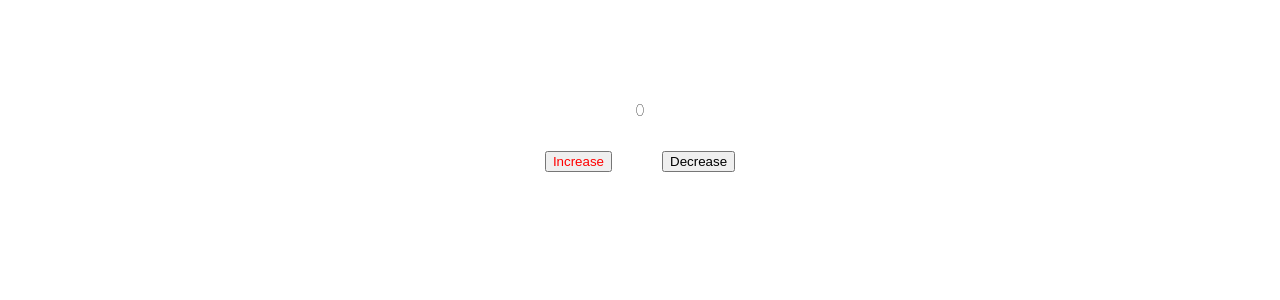
Repository: Marwa-Medhat/ReactJS-Labs
Page: /todolist (app in myapp/)
An editor plug-in stored every save of this project. The page is shown before and after a run of saves, followed by the edit.
The browser window is 1280 px wide. The pictures show the whole page.
The project was rebuilt for these pictures with package versions that can differ from the ones it lists, and the page was loaded fresh each time.

Above is the page before, as saved 2021-04-25 15:13:11.

After the next 2 saves:
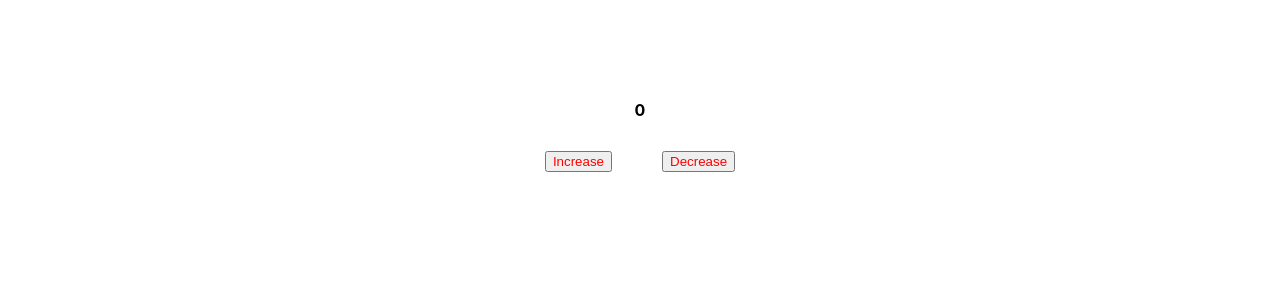
The 2 saves are shown as one change because 1 did not build or start.
The last was saved 108 s later.
--- a/myapp/src/App.js
+++ b/myapp/src/App.js
@@ -25,9 +25,9 @@ import React, { Component } from 'react';
     render(){
       return (
         <div >
-        <div style={{ marginBottom: 30, fontWeight:10,}}>{this.state.count}</div>
+        <div style={{ marginBottom: 30, fontWeight:'bolder',}}>{this.state.count}</div>
         <button onClick={this.increase} style={{ marginRight: 50, color:"red" ,}}> Increase</button>
-        <button onClick={this.decrease}> Decrease</button>
+        <button onClick={this.decrease} style={{ color:"red" ,}}> Decrease</button>
         </div>
       ); //return
       } //render
